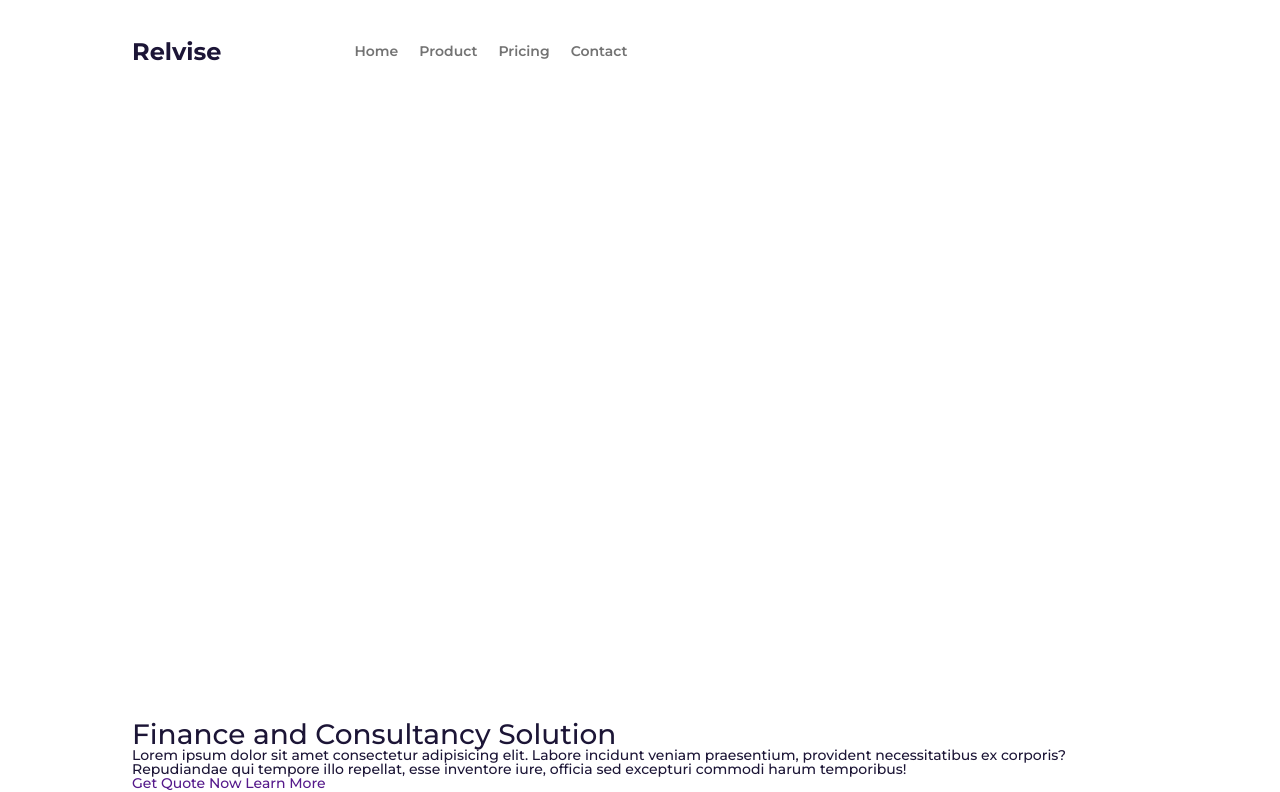
Repository: usalokiN/simple-project
Page: index.html
The author's editor kept a copy of each file at every save. The page is drawn from the files as they stood at one save, then again after a run of saves.
The browser window is 1280 px wide. The pictures show the whole page.

Above is the page before, as saved 2022-01-15 22:27:46.

After the next 2 saves:
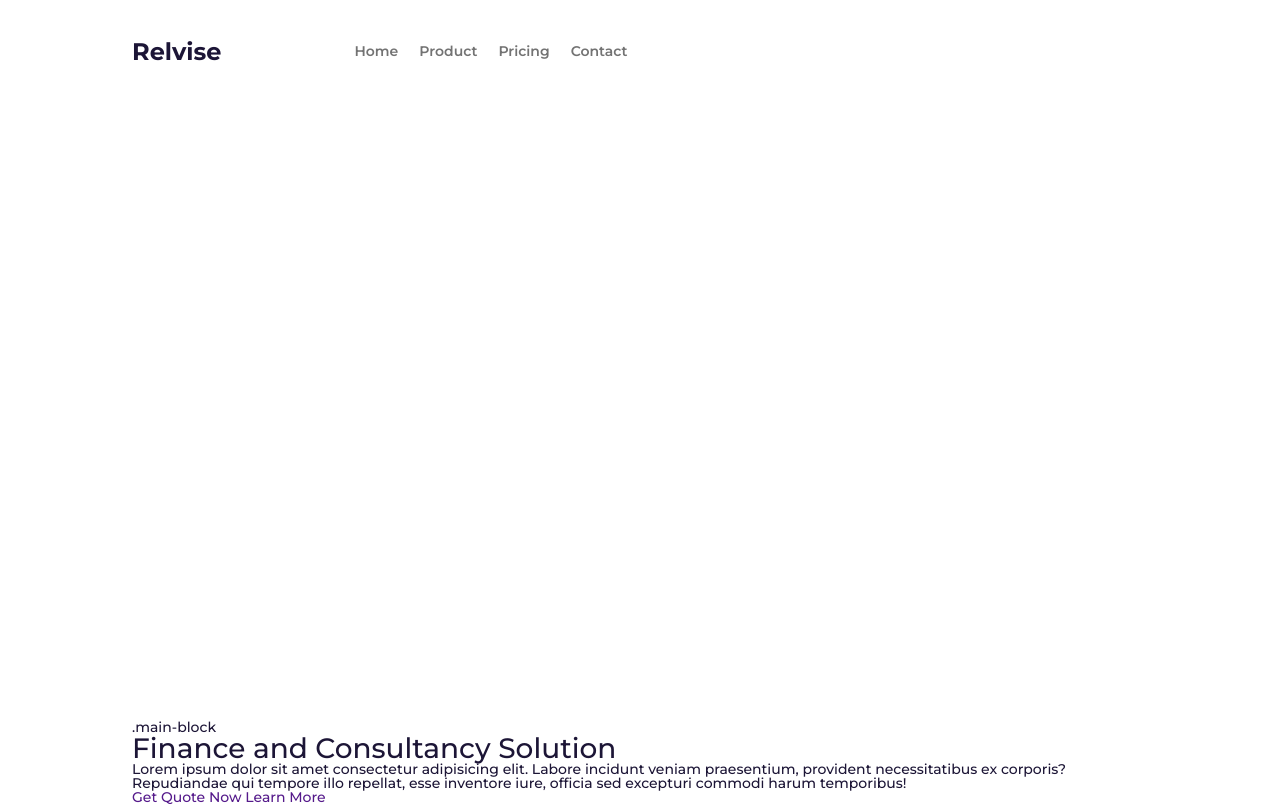
The 2 saves are shown as one change because they came seconds apart.
The last was saved 30 s later.
--- a/index.html
+++ b/index.html
@@ -42,6 +42,7 @@
     <main class="page">
         <div class="page__main-block main-block">
             <div class="main-block_containter _container">
+                .main-block
                 <h1 class="main-block__title">Finance and Consultancy Solution</h1>
                 <div class="main-block__text">Lorem ipsum dolor sit amet consectetur adipisicing elit. Labore incidunt veniam praesentium, provident necessitatibus ex corporis? Repudiandae qui tempore illo repellat, esse inventore iure, officia sed excepturi commodi harum temporibus!
 

After the save that followed:
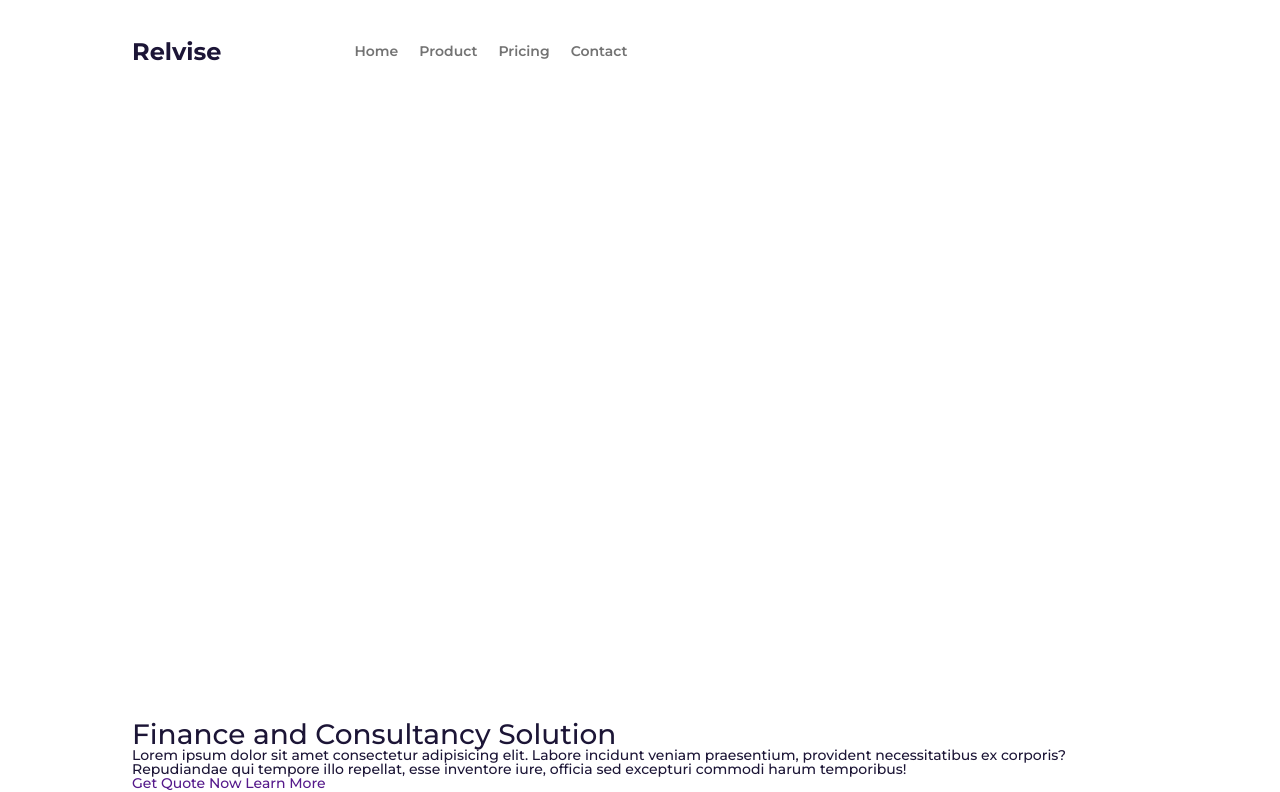
Saved 4 s later.
--- a/index.html
+++ b/index.html
@@ -42,7 +42,7 @@
     <main class="page">
         <div class="page__main-block main-block">
             <div class="main-block_containter _container">
-                .main-block
+                <div class="main-block__body"></div>
                 <h1 class="main-block__title">Finance and Consultancy Solution</h1>
                 <div class="main-block__text">Lorem ipsum dolor sit amet consectetur adipisicing elit. Labore incidunt veniam praesentium, provident necessitatibus ex corporis? Repudiandae qui tempore illo repellat, esse inventore iure, officia sed excepturi commodi harum temporibus!
 
